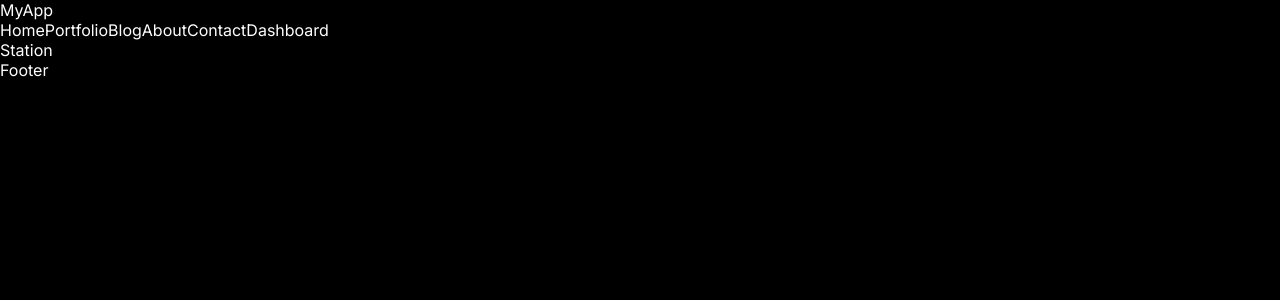
Repository: Iq-Life/musicflow-life
Page: /station
These files come from the project's save history. The page is drawn as it stood at one moment and after the next save; the edit follows.
The browser window is 1280 px wide. The pictures show the whole page.
The project was rebuilt for these pictures with package versions that can differ from the ones it lists, and the page was loaded fresh each time. The framework's server and built-in components were replaced by stand-ins that run in the browser. Also part of the build but not shown: next.config.js.

Above is the page before, as saved 2023-09-14 15:07:10.

### src/app/layout.tsx
import './globals.css'
import type { Metadata } from 'next'
import { Inter } from 'next/font/google'
import Navbar from '@/components/navbar/Navbar'
import Footer from '@/components/footer/Footer'

const inter = Inter({ subsets: ['latin'] })

export const metadata: Metadata = {
  title: 'Create Next App',
  description: 'Generated by create next app',
}

export default function RootLayout({
  children,
}: {
  children: React.ReactNode
}) {
  return (
    <html lang="en">
      <body className={inter.className}>
        <div className='container'>
          <Navbar/>
          {children}
          <Footer/>
        </div>
      </body>
    </html>
  )
}

### src/app/station/page.tsx
import React from 'react'

const stationsMusick = [
  {
    id:1,
    title: 'Rock'
  },
  {
    id:2,
    title: 'Jazz'
  },
]

const Stations = () => {
  return (
    <ul>Station</ul>
  )
}

export default Stations

### src/app/globals.css
* {
  box-sizing: border-box;
  padding: 0;
  margin: 0;
}

html,
body {
  max-width: 100vw;
  overflow-x: hidden;
  background-color: black;
  color: #fff;
}

a {
  text-decoration: none;
  color: inherit;
}

### src/components/navbar/Navbar.tsx
import Link from 'next/link'

const links = [
  {
    id:1,
    title: 'Home',
    url: "/",
  },
  {
    id:2,
    title: 'Portfolio',
    url: "/portfolio",
  },
  {
    id:3,
    title: 'Blog',
    url: "/blog",
  },
  {
    id:4,
    title: 'About',
    url: "/about",
  },
  {
    id:5,
    title: 'Contact',
    url: "/contact",
  },
  {
    id:6,
    title: 'Dashboard',
    url: "/dashboard",
  },
]

const Navbar = () => {
  return (
    <nav>
      <Link href='/'>MyApp</Link>
      <div>
        {links.map((link)=> (
          <Link key={link.id} href={link.url}>{link.title}</Link>
        ))}
      </div>
    </nav>
  )
}

export default Navbar

### src/components/footer/Footer.tsx
const Footer = () => {
  return (
    <footer>Footer</footer>
  )
}

export default Footer

After the next save:
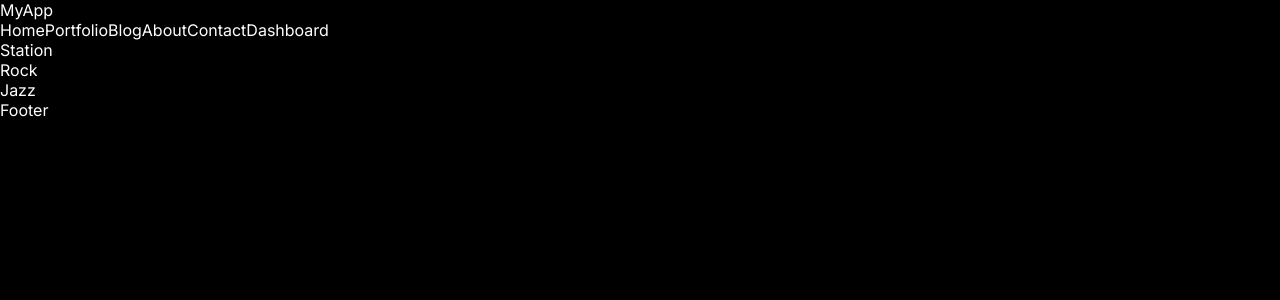
Saved 1 s later.
--- a/src/app/station/page.tsx
+++ b/src/app/station/page.tsx
@@ -1,6 +1,6 @@
 import React from 'react'
 
-const stationsMusick = [
+const stationsMusic = [
   {
     id:1,
     title: 'Rock'
@@ -13,7 +13,12 @@ const stationsMusick = [
 
 const Stations = () => {
   return (
-    <ul>Station</ul>
+    <ul>
+      Station
+      {stationsMusic.map((station) => (
+        <li key={station.id}>{station.title}</li>
+      ))}
+    </ul>
   )
 }
 
